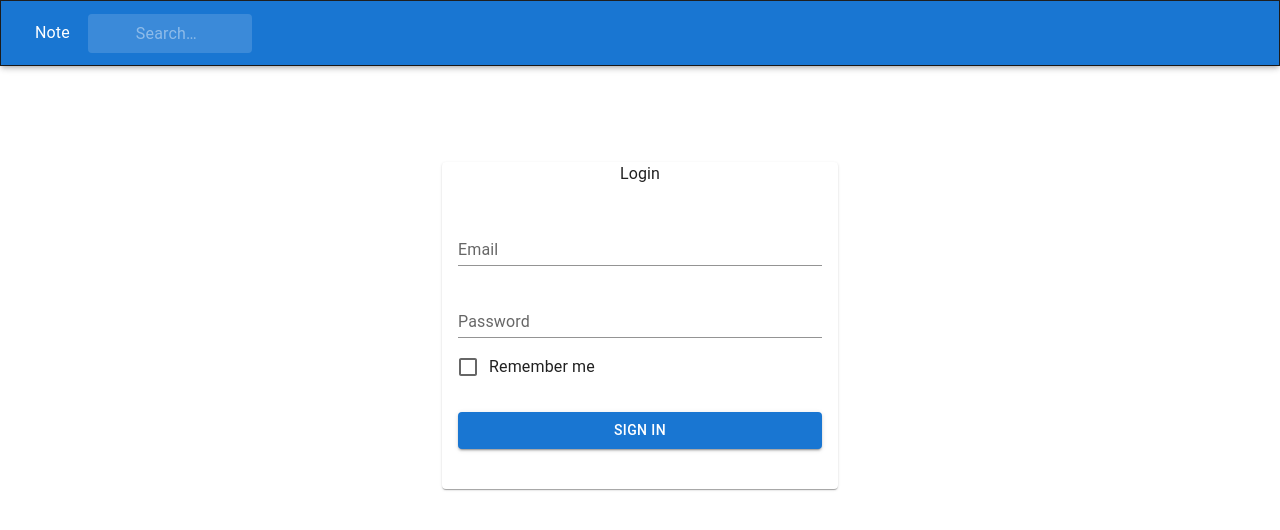
Repository: NGHIAVN1/Note
Page: /
These files come from the project's save history. The page is drawn as it stood at one moment and after the next save; the edit follows.
The browser window is 1280 px wide. The pictures show the whole page.
The project was rebuilt for these pictures with package versions that can differ from the ones it lists, and the page was loaded fresh each time. Also part of the build but not shown: vite.config.js, src/Register.jsx, src/Pet.jsx, src/useBreedList.jsx, src/SearchParams.jsx.

Above is the page before, as saved 2024-03-20 10:47:32.

After the next save:
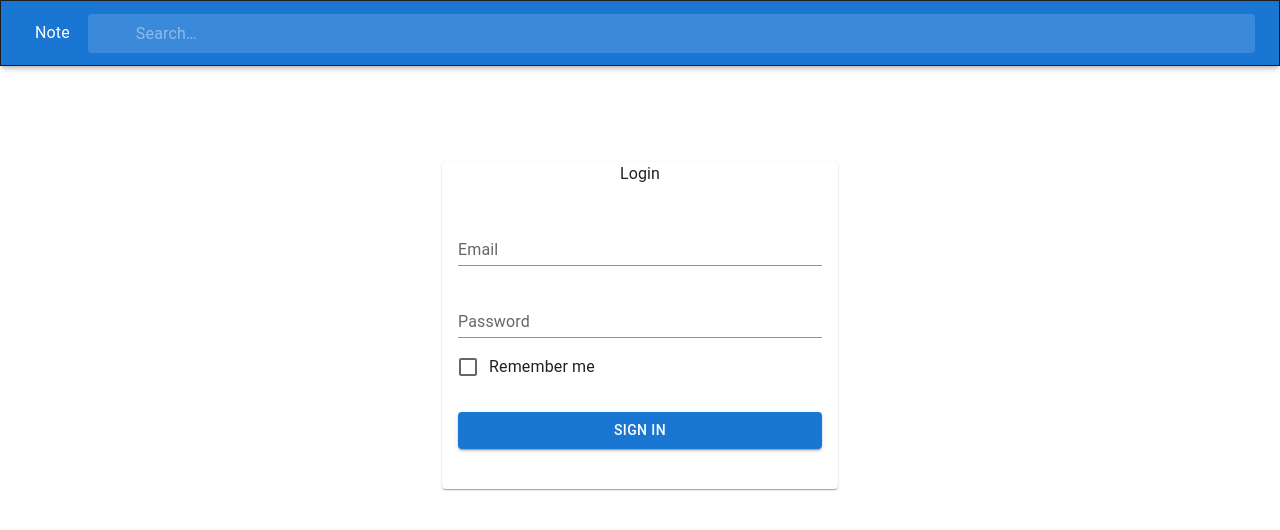
Saved 2 min 32 s later.
--- a/src/header.jsx
+++ b/src/header.jsx
@@ -71,7 +71,11 @@
             >
               Note
             </Typography>
-            <Search>
+            <Search
+              sx={{
+                flexGrow: 1,
+              }}
+            >
               <SearchIconWrapper>
                 <searchIcon />
               </SearchIconWrapper>

After the 2 saves that followed:
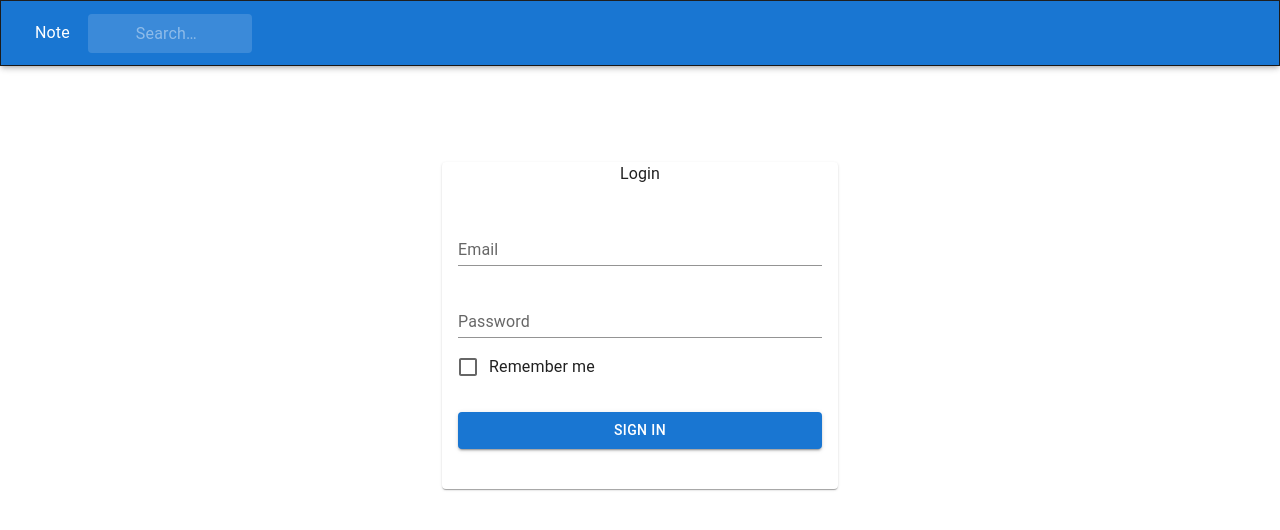
The 2 saves are shown as one change because 1 left the picture as it was.
The last was saved 3 min 37 s later.
--- a/src/header.jsx
+++ b/src/header.jsx
@@ -6,6 +6,7 @@
 import SearchIcon from "@mui/icons-material/Search";
 import MenuIcon from "@mui/icons-material/Menu";
 import IconButton from "@mui/material/IconButton";
+
 const Search = styled("div")(({ theme }) => ({
   position: "static",
   borderRadius: theme.shape.borderRadius,
@@ -73,7 +74,7 @@
             </Typography>
             <Search
               sx={{
-                flexGrow: 1,
+                width: "70px",
               }}
             >
               <SearchIconWrapper>
